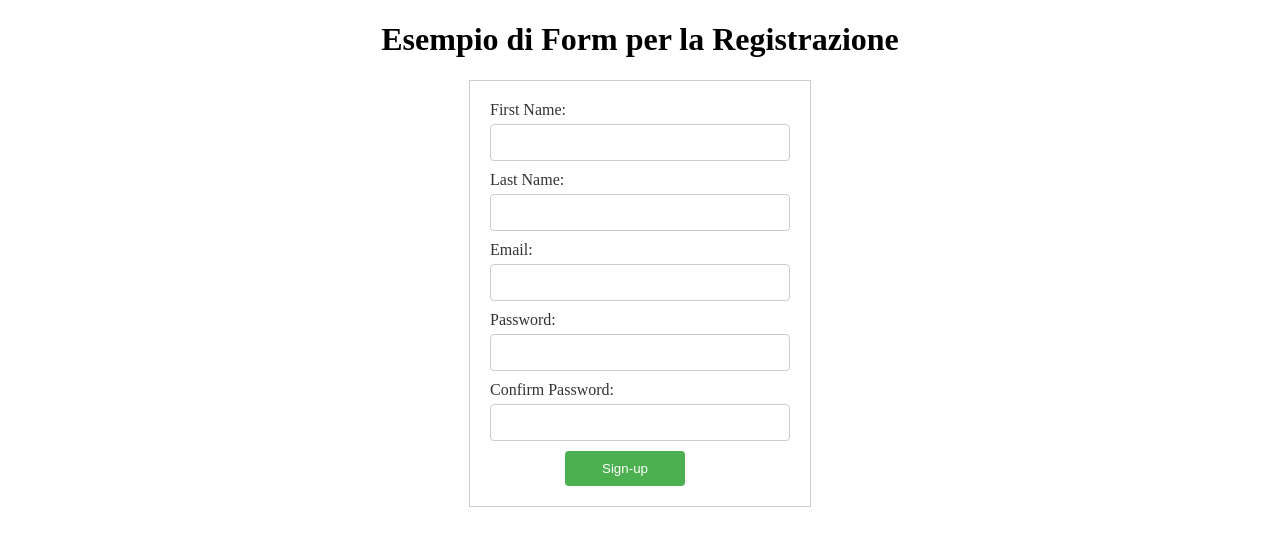
Repository: GiuuGpEEp/TerzoAnnoUni
Page: SAW/Esercizi/Form/Form.html
An editor plug-in stored every save of this project. The page is shown before and after the next save, followed by the edit.
The browser window is 1280 px wide. The pictures show the whole page.

Above is the page before, as saved 2024-11-18 22:45:20.

### SAW/Esercizi/Form/Form.html
<!DOCTYPE html>
<html lang="en">
    <head>
        <title>Form</title>
        <style>
            h1{
                text-align: center;
            }
            form{
                width: 300px; /* Larghezza del form */
                margin: 0 auto; /* Centra il form nella pagina */
                border: 1px solid #ccc; /* Bordino sottile */
                padding: 20px;
            }
            label {
                display: block;
                margin-bottom: 5px;
                color: #333; /* Blu scuro */
            }

            input[type="text"], input[type="password"], input[type="email"] {
              width: 100%;
              padding: 10px;
              border: 1px solid #ccc;
              border-radius: 4px;
              box-sizing: border-box;
             /* Include padding e border nella larghezza */
              margin-bottom: 10px;
            }

            input[type="submit"] {
              background-color: #4CAF50; /* Verde */
              color: white;
              padding: 10px 20px;
              border: none;
              border-radius: 4px;
              cursor: pointer;
              margin-left: 25%;
              width: 40%;
            }

        </style>
    </head>
    <body>
        <h1>Esempio di Form per la Registrazione</h1>
        <form action="registration.php" method="post">
            <div><label for="firstname">First Name:</label>
            <input type="text" name="firstname" id="firstname"></div>
            <div><label for="lastname">Last Name:</label>
            <input type="text" name="lastname" id="lastname"></div>
            <div><label for="email">Email:</label>
            <input type="email" name="email" id="email"></div>
            <div><label for="pass">Password:</label>
            <input type="password" name="pass" id="pass"></div>
            <div><label for="confirm">Confirm Password:</label>
            <input type="password" name="confirm" id="confirm"></div>
            <input type="submit" name="submit" value="Sign-up">
          </form>
    </body>

</html>

After the next save:
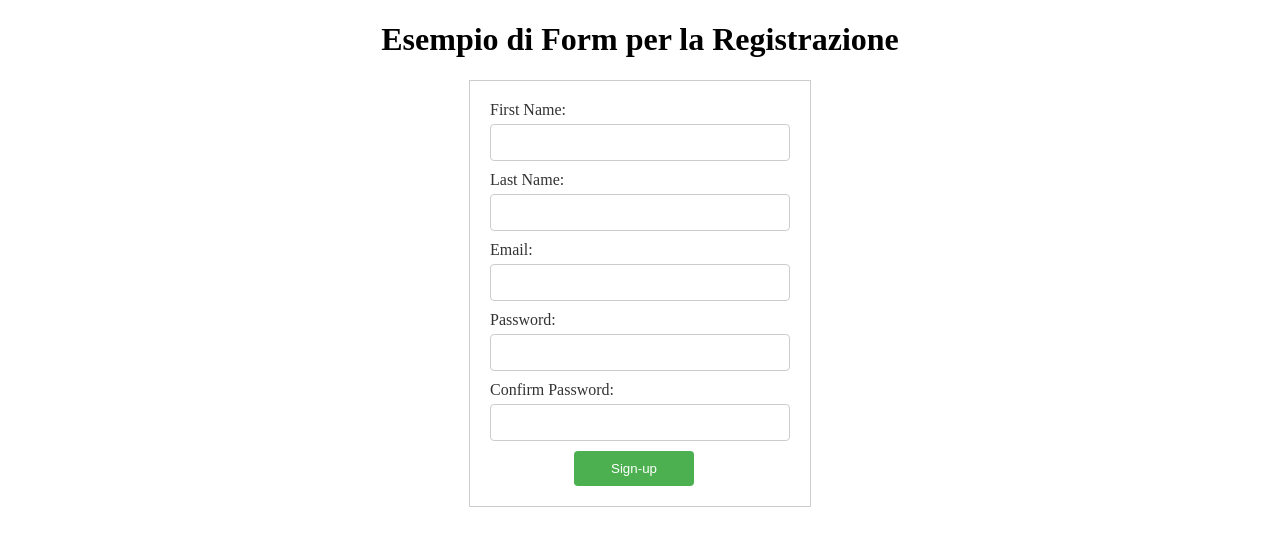
Saved 4 s later.
--- a/SAW/Esercizi/Form/Form.html
+++ b/SAW/Esercizi/Form/Form.html
@@ -35,7 +35,7 @@
               border: none;
               border-radius: 4px;
               cursor: pointer;
-              margin-left: 25%;
+              margin-left: 28%;
               width: 40%;
             }
 
